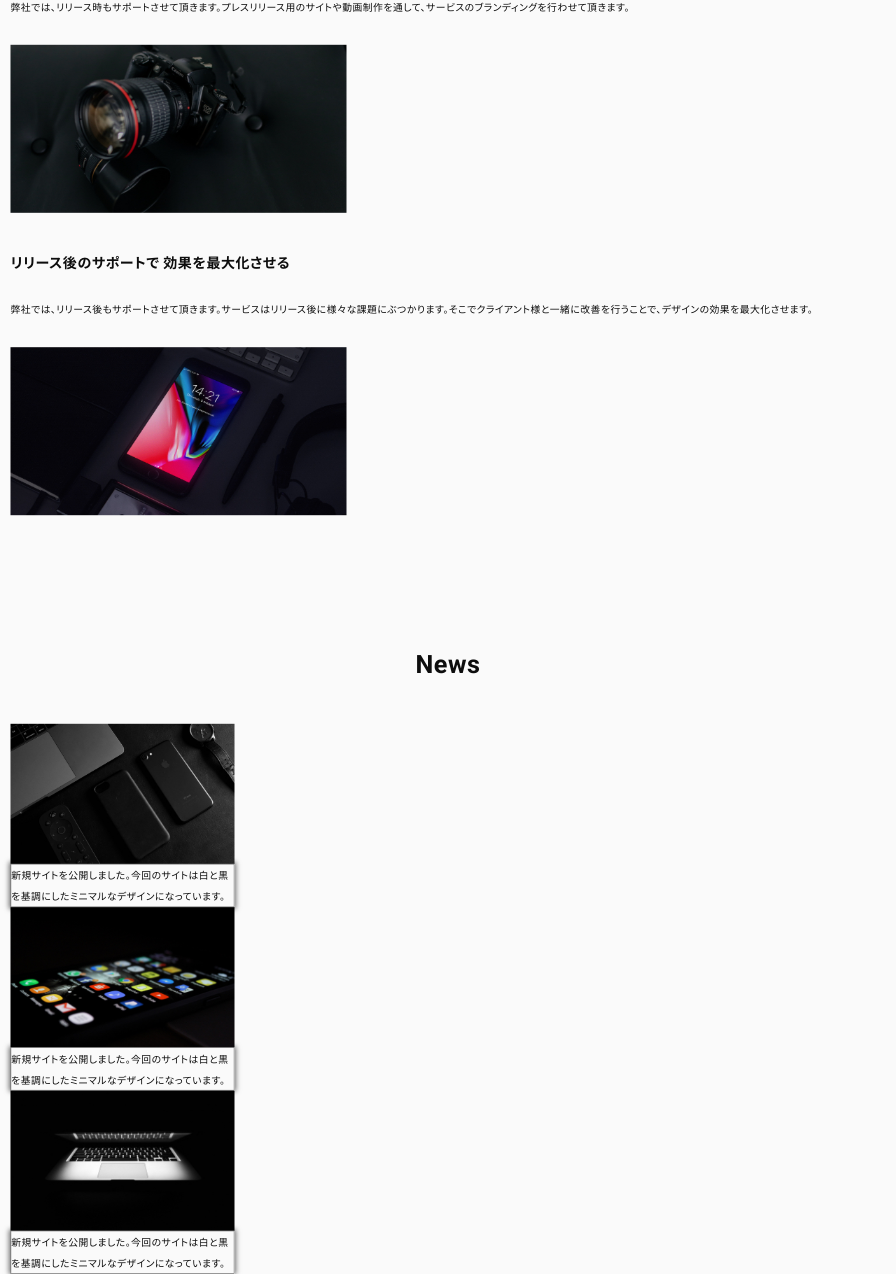
Repository: hatarakimono-kumasan/kurisuta_1st
Page: index.html
The author's editor kept a copy of each file at every save. The page is drawn from the files as they stood at one save, then again after the next save.
The browser window is 1280 px wide. The pictures show the part of the page from y = 2780 to 4700 px (the page is 4600 px tall before and 4700 px after), at 70% of full size.
Some web libraries are served in a nearby version. The style sheet was rebuilt from its Sass, Less or Tailwind sources for each picture, by a compiler version that may differ from the author's.

Above is the page before, as saved 2020-05-15 09:18:25.

After the next save:
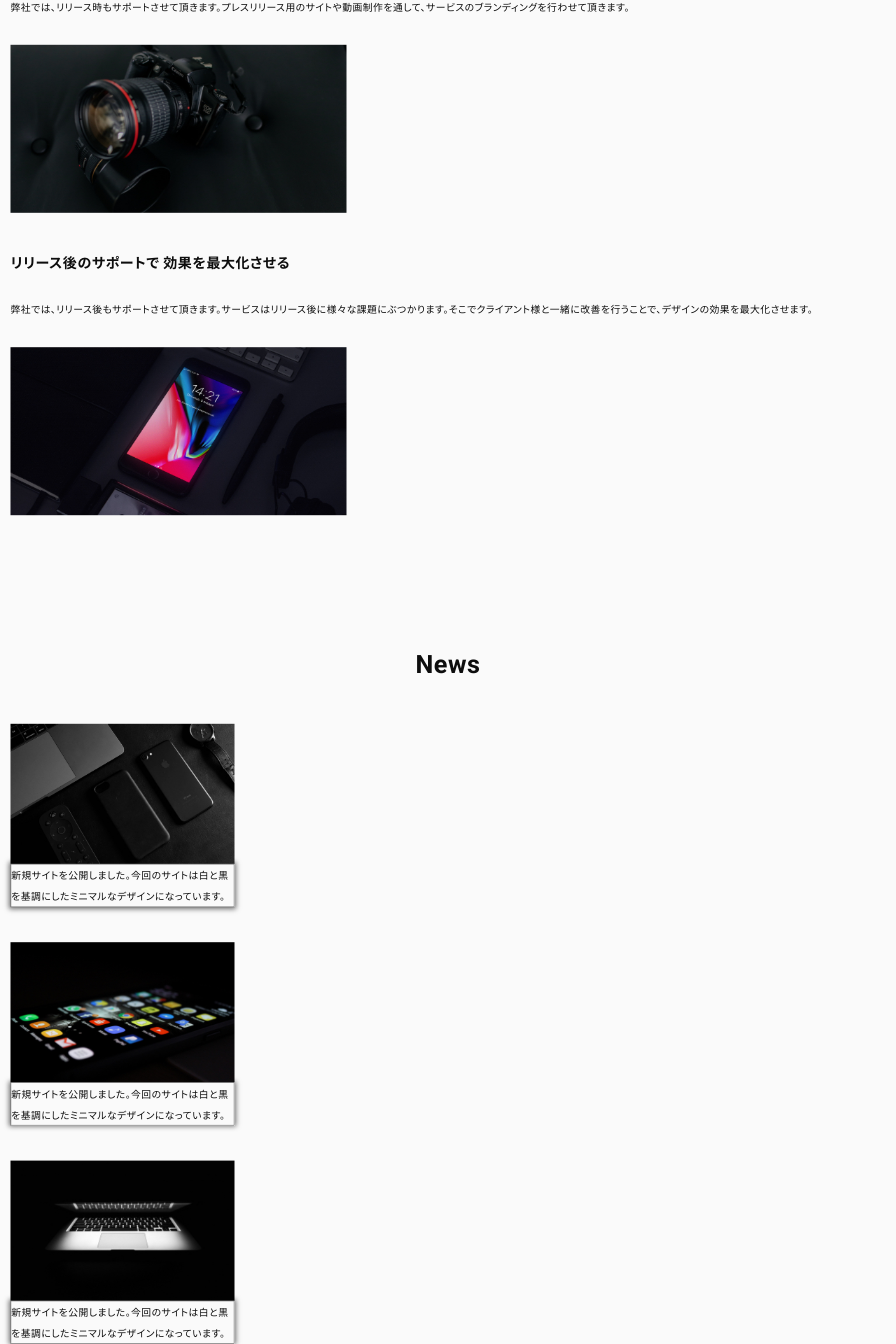
Saved 55 s later.
--- a/scss/layout/_main.scss
+++ b/scss/layout/_main.scss
@@ -66,6 +66,7 @@ news
 	.news_card_wrapper {
 		.news_card {
 			width: 32rem;
+			margin-bottom: 5rem;
 
 			.card-content {
 				border: 1px solid #707070;
